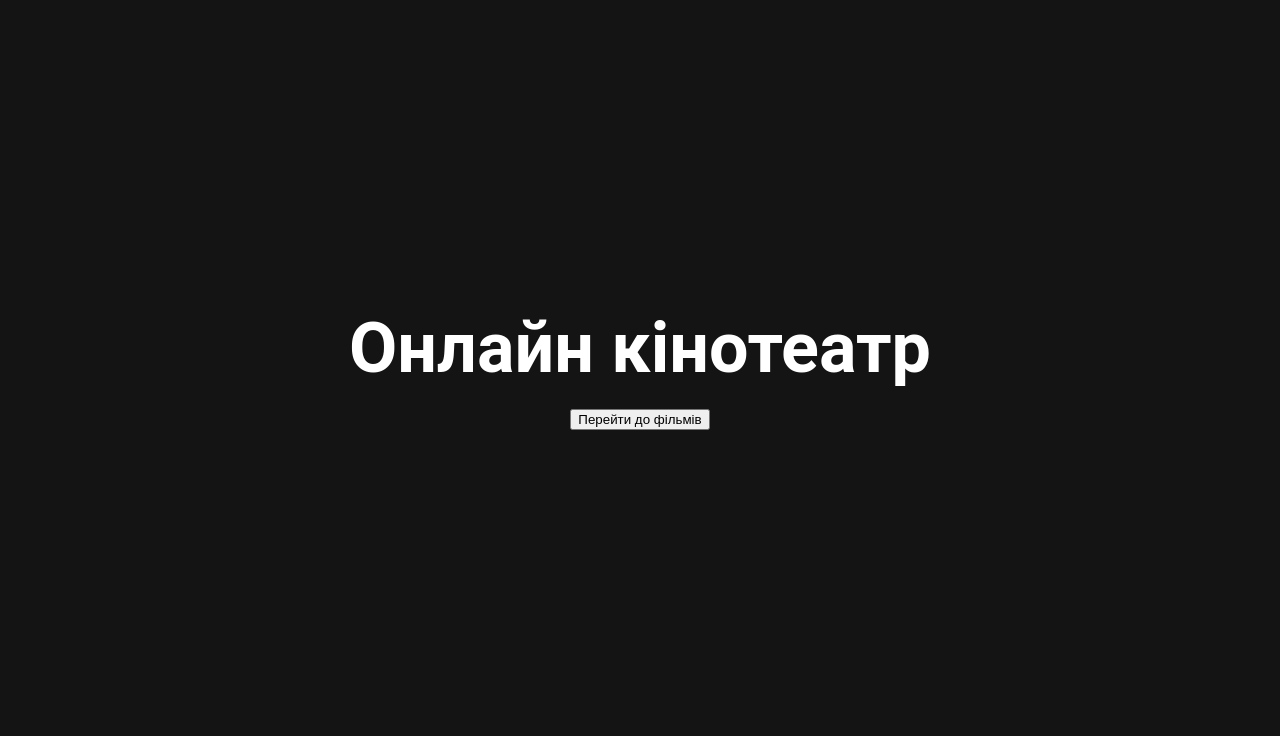
Repository: Heesemachine/VUEProject
Page: / (app in Vue/)
An editor plug-in stored every save of this project. The page is shown before and after the next save, followed by the edit.
The browser window is 1280 px wide. The pictures show the whole page.
The project was rebuilt for these pictures with package versions that can differ from the ones it lists, and the page was loaded fresh each time. Also part of the build but not shown: Vue/vue.config.js, Vue/src/components/FilmCard.vue, Vue/src/components/FilmsList.vue, Vue/src/mocks/films.js, Vue/src/pages/AllFilmsPage.vue, Vue/src/pages/FilmPage.vue, Vue/src/components/MainHeader.vue, Vue/src/pages/FilmsLayout.vue.

Above is the page before, as saved 2022-11-06 22:35:32.

### Vue/src/main.js
import { createApp } from 'vue'
import App from './App.vue'
import router from './router/index'
import store from './store/index'




import '@/assets/styles/main.scss';

createApp(App).use(router).use(store).mount('#app')

### Vue/src/App.vue
<template>
  <div id="app">
    <router-view></router-view>
  </div>
</template>

<script>
  export default {
    name: 'App',
  }
</script>

<style lang="scss">

html {
    font-family: 'Roboto', sans-serif;
    color: #474747;
  }

  body {
    background-color: #141414;
  }

  h1, h2, h3, h4 {
    font-weight: 700;
    color: #333333;
    margin-top: 0;
  }

  .flex {
    display: flex;
  }

  .list-default {
    padding-left: 0;
    margin-bottom: 0;
    list-style: none;
    li {
      font-size: 16px;
      margin-bottom: 14px;
    }
  }

  .container {
    max-width: 1200px;
    margin: 0 auto;
    padding: 0 20px;
    margin-top: 40px;
  }

</style>

### Vue/src/router/index.js
import { createRouter, createWebHashHistory } from 'vue-router'

import AllFilmsPage from '../pages/AllFilmsPage'
import FilmPage from '../pages/FilmPage'
import MainPage from '../pages/MainPage'
import FilmsLayout from '../pages/FilmsLayout'

const routes = [
  { path: '/',
    name: 'main',
    component: MainPage
  },


  { path: '/films',
    name: 'filmsLayout',
    component: FilmsLayout,
    children: [
      {
        path: '',
        name: 'films',
        component: AllFilmsPage
      },
      {
        path: ':id',
        name: 'filmPage',
        component: FilmPage,
        beforeEnter: (to, from, next) => {
          if(localStorage.getItem('auth')) {
            next()
          } else {
            next({ name: 'films' })
          }
        }
      },
      {
        path: '*/*',
        redirect: { name: 'films' }
      },
    ]
  },

]


const router = createRouter({
  // 4. Provide the history implementation to use. We are using the hash history for simplicity here.
  history: createWebHashHistory(),
  routes, // short for `routes: routes`
})
export default router

### Vue/src/store/index.js
import { createStore } from 'vuex'
import reactions from './reactions'

const store = createStore ({
  modules: { reactions }

}

)

export default store

### Vue/src/assets/styles/main.scss
html {
    font-family: 'Roboto', sans-serif;
    color: #474747;
  }

  body {
    background-color: #141414;
  }

  h1, h2, h3, h4 {
    font-weight: 700;
    color: #333333;
    margin-top: 0;
  }

  .flex {
    display: flex;
  }

  .list-default {
    padding-left: 0;
    margin-bottom: 0;
    list-style: none;
    li {
      font-size: 16px;
      margin-bottom: 14px;
    }
  }

  .container {
    max-width: 1200px;
    margin: 0 auto;
    padding: 0 20px;
    margin-top: 40px;
  }

### Vue/src/pages/MainPage.vue
<template>
    <div class="main-page">
      <h1>
        Онлайн кінотеатр
      </h1>
      <button type="button" class="btn btn-outline-light" @click="$router.push({ name: 'films' })">Перейти до фільмів</button>
    </div>
  </template>

  <style lang="scss" >
  .main-page {
    display: flex;
    flex-direction: column;
    justify-content: center;
    align-items: center;
    min-height: 100vh;
    h1 {
      color: #ffffff;
      font-size: 70px;
      margin-bottom: 20px;
    }
  }
</style>

### Vue/src/store/reactions.js
import reactions from '../mocks/reactions'

const loadReactions = (time) => {
  return new Promise((resolve) => {
    setTimeout(() => {
      resolve(reactions)
    }, time)
  })
}

export default {
  namespaced: true,
  state: {
    reactions: []
  },
  getters: {
    getReactions(state) {
      return state.reactions
    }
  },
  mutations: {
    SET_REACTIONS(state, payload) {
      state.reactions = payload
    }
  },
  actions: {
    async loadReactions({ commit }, payload) {
      try {
        const reactions = await loadReactions(payload)
        commit('SET_REACTIONS', reactions)
      } catch (error) {
        console.error(error)
      }
    }
  }
}

### Vue/src/mocks/reactions.js
export default [
    {
      id: 1,
      title: 'Дуже погано'
    },
    {
      id: 2,
      title: 'Погано'
    },
    {
      id: 3,
      title: 'Нормально'
    },
    {
      id: 4,
      title: 'Добре'
    },
    {
      id: 5,
      title: 'Богоподібно'
    }
  ]

Loaded but not shown: Vue/public/index.html (common file)

After the next save:
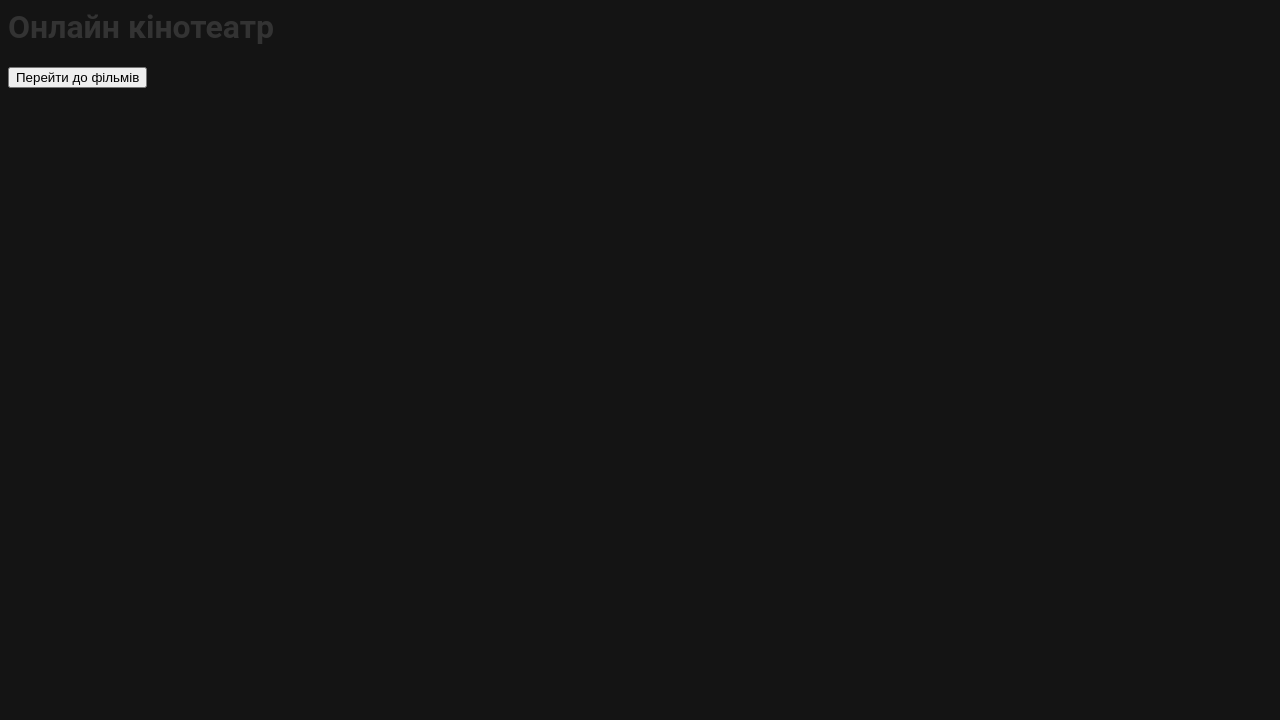
Saved 54 s later.
--- a/Vue/src/pages/MainPage.vue
+++ b/Vue/src/pages/MainPage.vue
@@ -8,16 +8,5 @@
   </template>
 
   <style lang="scss" >
-  .main-page {
-    display: flex;
-    flex-direction: column;
-    justify-content: center;
-    align-items: center;
-    min-height: 100vh;
-    h1 {
-      color: #ffffff;
-      font-size: 70px;
-      margin-bottom: 20px;
-    }
-  }
+
 </style>
